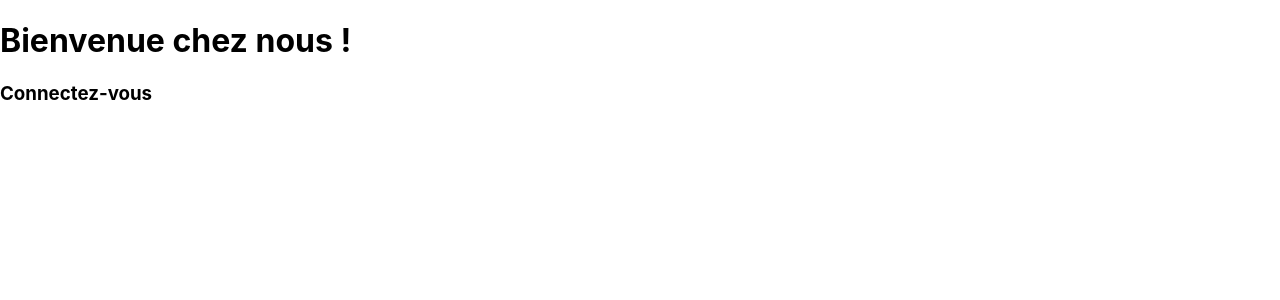
Repository: dimitrivitulin/crazee-burger
Page: /
These files come from the project's save history. The page is drawn as it stood at one moment and after the next save; the edit follows.
The browser window is 1280 px wide. The pictures show the whole page.
The project was rebuilt for these pictures with package versions that can differ from the ones it lists, and the page was loaded fresh each time.

Above is the page before, as saved 2023-01-19 00:11:49.

After the next save:
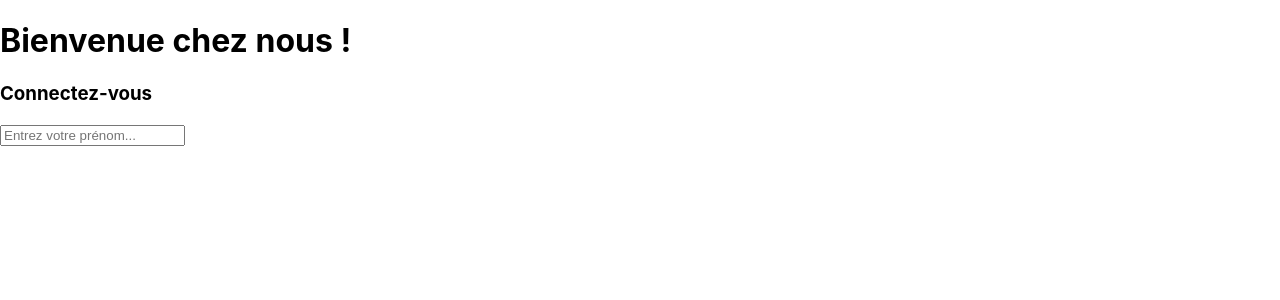
Saved 110 s later.
--- a/src/App.js
+++ b/src/App.js
@@ -5,6 +5,9 @@
     <div className="App">
       <h1>Bienvenue chez nous !</h1>
       <h3>Connectez-vous</h3>
+      <form>
+        <input type="text" placeholder="Entrez votre prénom..." />
+      </form>
     </div>
   );
 }
